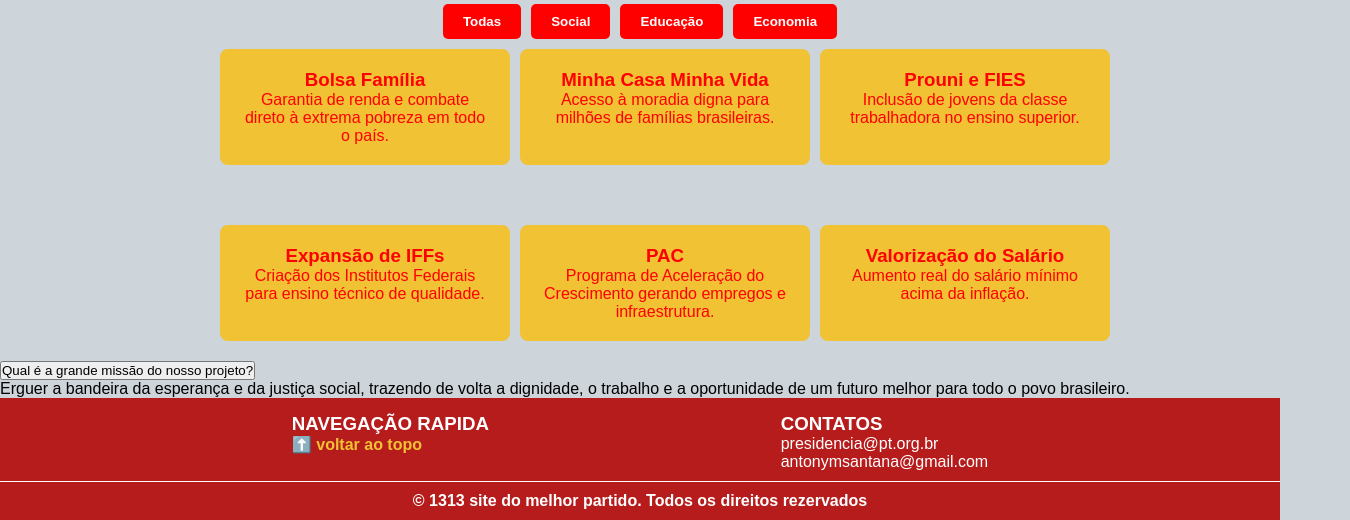
Repository: antonymsantana-design/second.revision
Page: html/html.html
These files come from the project's save history. The page is drawn as it stood at one moment and after a run of saves; the edit follows.
The browser window is 1280 px wide. The page is 1350 px wide, so the pictures cover 1350 px, including what lies to the right of the window. The pictures show the part of the page from y = 1723 to 2382 px (the page is 2243 px tall before and 2382 px after).

Above is the page before, as saved 2026-09-05 13:31:02.

After the next 2 saves:
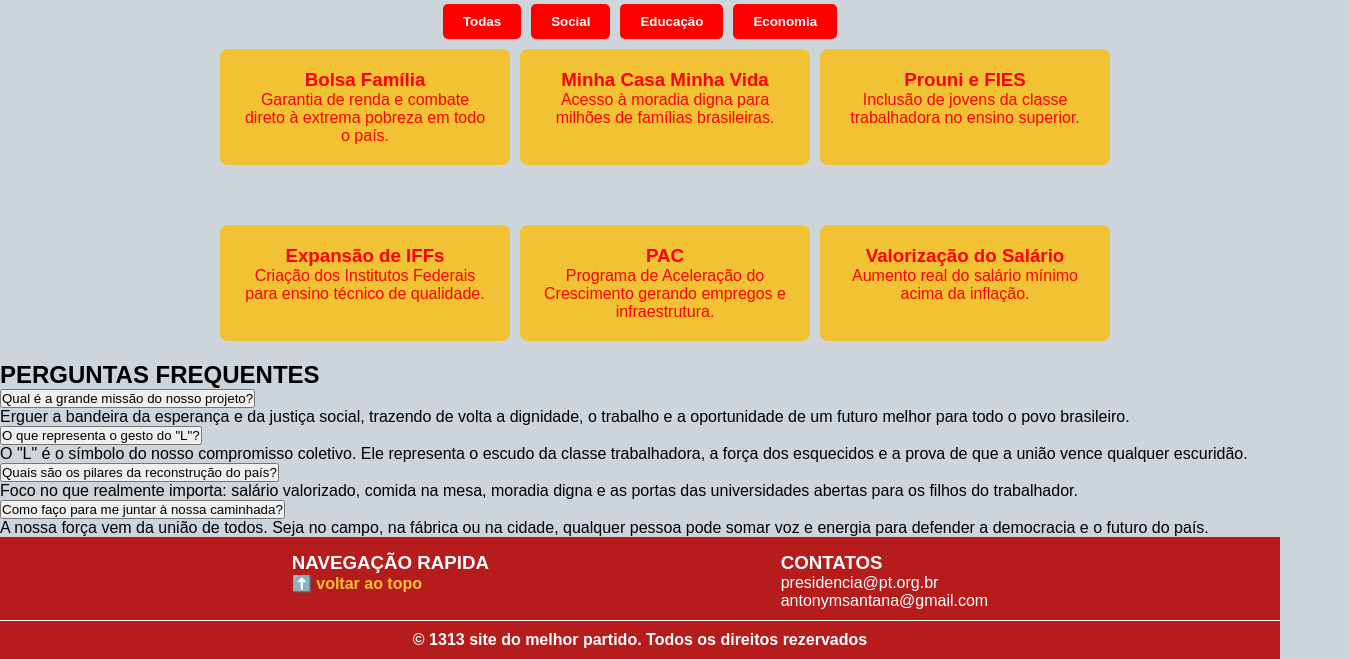
The 2 saves are shown as one change because they came seconds apart.
The last was saved 117 s later.
--- a/html/html.html
+++ b/html/html.html
@@ -161,13 +161,58 @@
       </div>
     </div>
 
-    <div class="faq">
-      <button>Qual é a grande missão do nosso projeto?</button>
-      <p id="resposta">
-        Erguer a bandeira da esperança e da justiça social, trazendo de volta a
-        dignidade, o trabalho e a oportunidade de um futuro melhor para todo o
-        povo brasileiro.
-      </p>
+    <div class="faq-container">
+      <h2 class="faq-titulo">PERGUNTAS FREQUENTES</h2>
+
+      <div class="faq-item">
+        <button class="faq-pergunta">
+          Qual é a grande missão do nosso projeto?
+        </button>
+        <div class="faq-resposta">
+          <p>
+            Erguer a bandeira da esperança e da justiça social, trazendo de
+            volta a dignidade, o trabalho e a oportunidade de um futuro melhor
+            para todo o povo brasileiro.
+          </p>
+        </div>
+      </div>
+
+      <div class="faq-item">
+        <button class="faq-pergunta">O que representa o gesto do "L"?</button>
+        <div class="faq-resposta">
+          <p>
+            O "L" é o símbolo do nosso compromisso coletivo. Ele representa o
+            escudo da classe trabalhadora, a força dos esquecidos e a prova de
+            que a união vence qualquer escuridão.
+          </p>
+        </div>
+      </div>
+
+      <div class="faq-item">
+        <button class="faq-pergunta">
+          Quais são os pilares da reconstrução do país?
+        </button>
+        <div class="faq-resposta">
+          <p>
+            Foco no que realmente importa: salário valorizado, comida na mesa,
+            moradia digna e as portas das universidades abertas para os filhos
+            do trabalhador.
+          </p>
+        </div>
+      </div>
+
+      <div class="faq-item">
+        <button class="faq-pergunta">
+          Como faço para me juntar à nossa caminhada?
+        </button>
+        <div class="faq-resposta">
+          <p>
+            A nossa força vem da união de todos. Seja no campo, na fábrica ou na
+            cidade, qualquer pessoa pode somar voz e energia para defender a
+            democracia e o futuro do país.
+          </p>
+        </div>
+      </div>
     </div>
 
     <div class="modal-overlay" id="modalContato">
